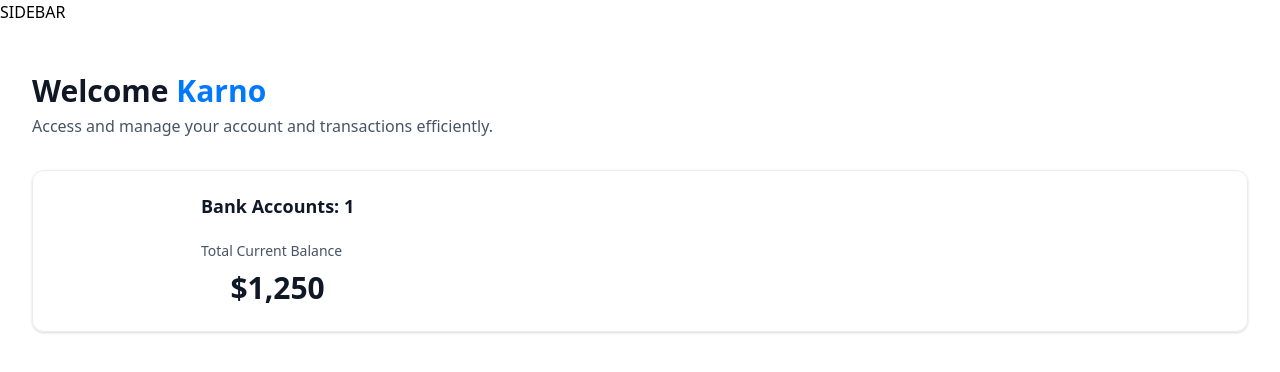
Repository: KarnoSarker/Banking
Page: /
The author's editor kept a copy of each file at every save. The page is drawn from the files as they stood at one save, then again after the next save.
The browser window is 1280 px wide. The pictures show the whole page.
The project was rebuilt for these pictures with package versions that can differ from the ones it lists, and the page was loaded fresh each time. The framework's server and built-in components were replaced by stand-ins that run in the browser. Also part of the build but not shown: next.config.mjs.

Above is the page before, as saved 2024-05-14 13:53:16.

After the next save:
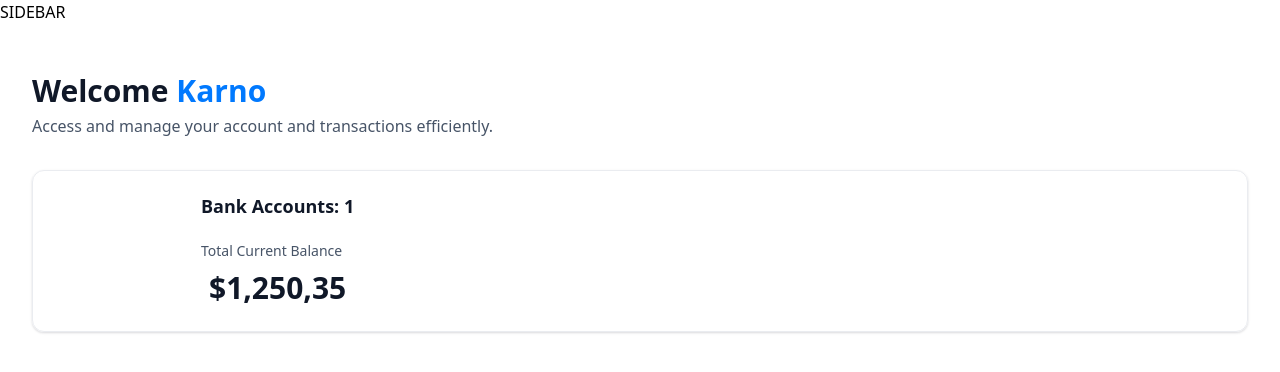
Saved 80 s later.
--- a/components/AnimatedCounter.tsx
+++ b/components/AnimatedCounter.tsx
@@ -4,7 +4,13 @@ import CountUp from 'react-countup';
 const AnimatedCounter = ({ amount }: { amount: number }) => {
   return (
     <div>
-      <CountUp decimal=',' prefix='$' end={amount} />
+      <CountUp
+        duration={2.75}
+        decimals={2}
+        decimal=','
+        prefix='$'
+        end={amount}
+      />
     </div>
   );
 };
